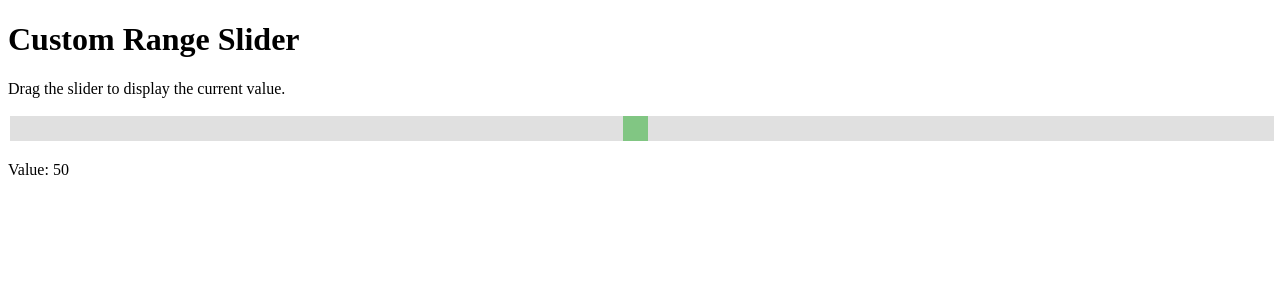
Repository: NanSin21/Mytourism-Website
Page: toursandtravelsmanagement/WebContent/TripPlaces/budget.html
The author's editor kept a copy of each file at every save. The page is drawn from the files as they stood at one save, then again after the next save.
The browser window is 1280 px wide. The pictures show the whole page.

Above is the page before, as saved 2018-07-23 07:19:36.

### toursandtravelsmanagement/WebContent/TripPlaces/budget.html
<!DOCTYPE html>
<html>
<head>
<meta name="viewport" content="width=device-width, initial-scale=1">
<style>
.slidecontainer {
    width: 100%;
}

.slider {
    -webkit-appearance: none;
    width: 100%;
    height: 25px;
    background: #d3d3d3;
    outline: none;
    opacity: 0.7;
    -webkit-transition: .2s;
    transition: opacity .2s;
}

.slider:hover {
    opacity: 1;
}

.slider::-webkit-slider-thumb {
    -webkit-appearance: none;
    appearance: none;
    width: 25px;
    height: 25px;
    background: #4CAF50;
    cursor: pointer;
}

.slider::-moz-range-thumb {
    width: 25px;
    height: 25px;
    background: #4CAF50;
    cursor: pointer;
}
</style>
</head>
<body>

<h1>Custom Range Slider</h1>
<p>Drag the slider to display the current value.</p>

<div class="slidecontainer">
  <input type="range" min="1" max="100" value="50" class="slider" id="myRange">
  <p>Value: <span id="demo"></span></p>
</div>

<script>
var slider = document.getElementById("myRange");
var output = document.getElementById("demo");
output.innerHTML = slider.value;

slider.oninput = function() {
  output.innerHTML = this.value;
}
</script>

</body>
</html>

After the next save:
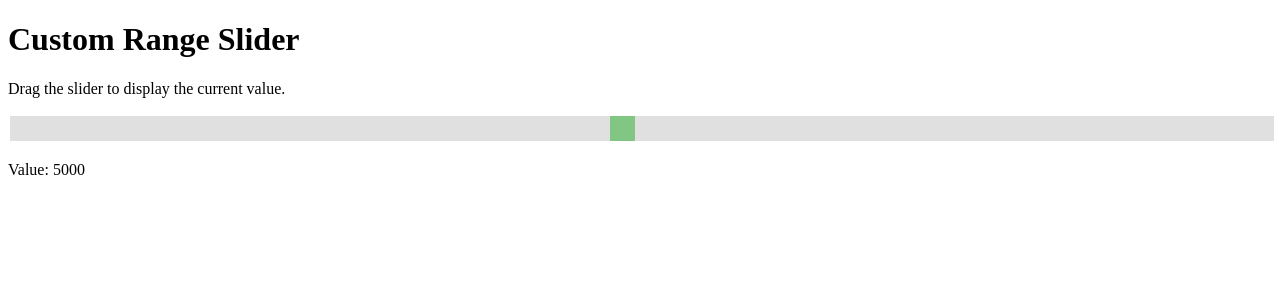
Saved 19 s later.
--- a/toursandtravelsmanagement/WebContent/TripPlaces/budget.html
+++ b/toursandtravelsmanagement/WebContent/TripPlaces/budget.html
@@ -45,7 +45,7 @@
 <p>Drag the slider to display the current value.</p>
 
 <div class="slidecontainer">
-  <input type="range" min="1" max="100" value="50" class="slider" id="myRange">
+  <input type="range" min="300" max="10000" value="5000" class="slider" id="myRange">
   <p>Value: <span id="demo"></span></p>
 </div>
 
